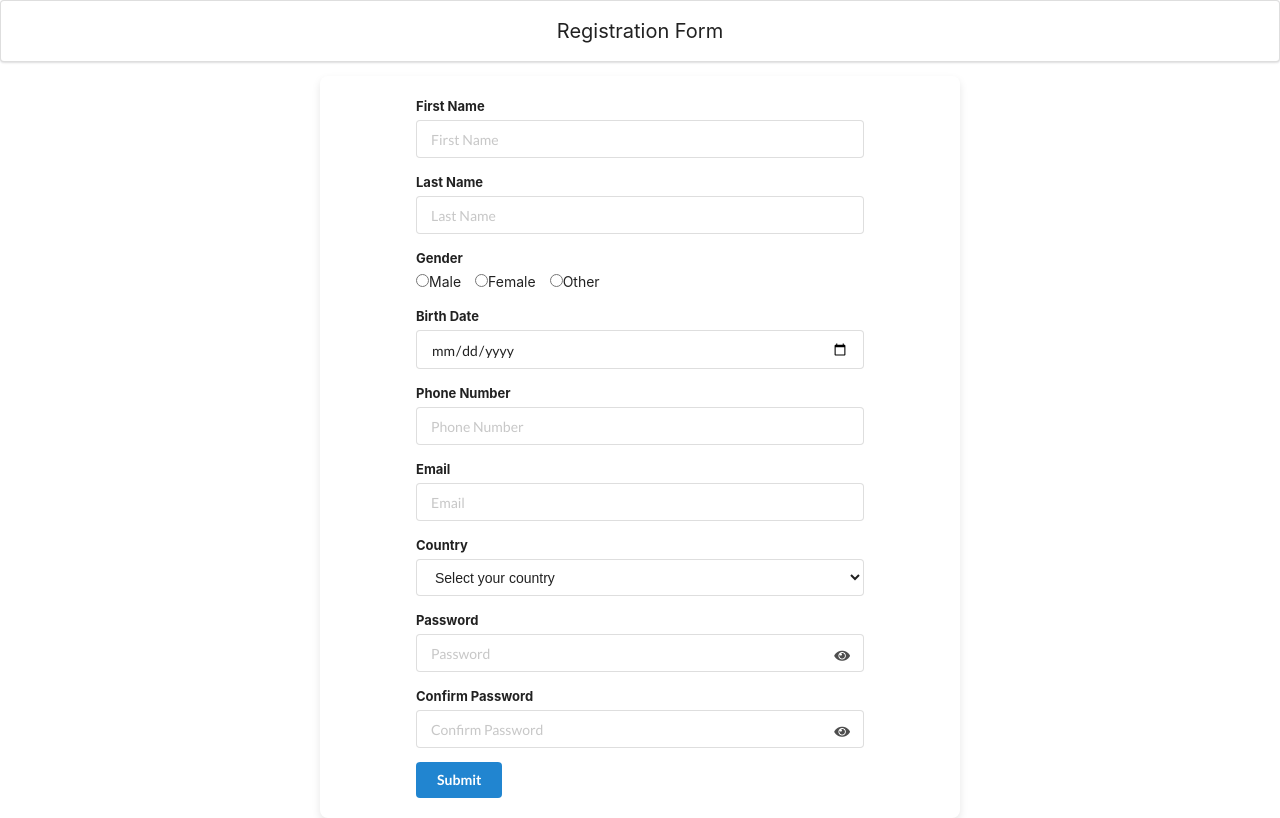
Repository: Wahid137/registration-form
Page: /
An editor plug-in stored every save of this project. The page is shown before and after the next save, followed by the edit.
The browser window is 1280 px wide. The pictures show the whole page.
The project was rebuilt for these pictures with package versions that can differ from the ones it lists, and the page was loaded fresh each time.

Above is the page before, as saved 2024-05-01 16:05:17.

### src/index.js
import React from 'react';
import ReactDOM from 'react-dom/client';
import 'semantic-ui-css/semantic.min.css';
import App from './App';
import './index.css';
import reportWebVitals from './reportWebVitals';

const root = ReactDOM.createRoot(document.getElementById('root'));
root.render(
  <React.StrictMode>
    <App />
  </React.StrictMode>
);

// If you want to start measuring performance in your app, pass a function
// to log results (for example: reportWebVitals(console.log))
// or send to an analytics endpoint. Learn more: https://bit.ly/CRA-vitals
reportWebVitals();

### src/App.js
import { Segment } from 'semantic-ui-react';
import './App.css';
import Register from './components/Register';

function App() {
  return (
    <div className="App">
      <Segment textAlign='center' size={"huge"}>Registration Form</Segment>
      <Register />
    </div>
  );
}

export default App;

### src/components/Register.js
import Joi from "joi";
import React, { useState } from "react";
import { useForm } from "react-hook-form";
import { Button, Container, Form, FormField, Icon } from "semantic-ui-react";
import { minBirthDate } from "../utils/Moment";
import { nameRegex, passwordRegex, phoneRegex } from "../utils/RegExp";
import { countryOptions } from "../utils/country";
import { getPasswordErrorMessage } from "../utils/getPasswordErrorMessage";

const Register = () => {
    const [showPassword, setShowPassword] = useState(false);
    const [showConfirmPassword, setShowConfirmPassword] = useState(false);
    const togglePasswordVisibility = () => setShowPassword(!showPassword);
    const toggleConfirmPasswordVisibility = () => setShowConfirmPassword(!showConfirmPassword);

    //useForm
    const { register, handleSubmit, reset, watch
    } = useForm();
    const password = watch("password", "");
    const [formErrors, setFormErrors] = useState({});

    //schema
    const schema = Joi.object({
        firstName: Joi.string().min(2).max(20).pattern(nameRegex).required().messages({
            "string.base": "First name must be a string",
            "string.empty": "Please enter your first name",
            "string.min": "First name must have at least {#limit} characters",
            "string.max": "First name cannot exceed {#limit} characters",
            "string.pattern.base": "First name must contain only alphabets and spaces",
            "any.required": "First name is required",
        }),
        lastName: Joi.string().min(2).max(20).pattern(nameRegex).required().messages({
            "string.base": "Last name must be a string",
            "string.empty": "Please enter your last name",
            "string.min": "Last name must have at least {#limit} characters",
            "string.max": "Last name cannot exceed {#limit} characters",
            "string.pattern.base": "Last name must contain only alphabets and spaces",
            "any.required": "Last name is required",
        }),
        gender: Joi.string().valid('male', 'female', 'other').required().messages({
            "any.required": "Gender is required",
            "any.only": "Please select a valid gender",
        }),
        birthDate: Joi.date()
            .max(minBirthDate)
            .required()
            .messages({
                "date.base": "Please enter a valid date",
                "date.max": "You must be at least 18 years old",
                "any.required": "Birth date is required",
            }),
        phoneNumber: Joi.string().pattern(phoneRegex).required().messages({
            "string.base": "Phone number must be a string",
            "string.empty": "Please enter your phone number",
            "string.pattern.base": "Phone number must be exactly 10 digits",
            "any.required": "Phone number is required",
        }),
        email: Joi.string().email({ tlds: { allow: false } }).required().messages({
            "string.base": "Email must be a string",
            "string.empty": "Please enter your email",
            "string.email": "Please enter a valid email address",
            "any.required": "Email is required",
        }),
        password: Joi.string().pattern(passwordRegex).required().messages({
            "string.base": "Password must be a string",
            "string.empty": "Please enter your password",
            "string.pattern.base": "Password must be 3 to 30 characters long and contain at least one lowercase letter, one uppercase letter, and one digit",
            "any.required": "Password is required",
        }),
        confirmPassword: Joi.string().valid(password).required().messages({
            "any.required": "Confirm password is required",
            "any.only": "Passwords do not match",
        }),
        country: Joi.string().required().messages({
            "any.required": "Please select a country",
            "string.empty": "Please select a country",
        }),
    });

    //submit handler
    const onSubmit = (data) => {
        const { error } = schema.validate(data, { abortEarly: false });
        if (error) {
            const errorMessage = {};
            error.details.forEach((detail) => {
                errorMessage[detail.path[0]] = detail.message;
            });
            if (data.password) {
                errorMessage.password = getPasswordErrorMessage(data.password);
            }
            setFormErrors(errorMessage);
            return;
        }
        console.log(data);
        reset();
        setFormErrors({});
        alert("Registration Successfully done!")
    };

    return (
        <Container
            style={{
                paddingTop: "20px",
                paddingBottom: "20px",
                display: "flex",
                width: "50%",
                justifyContent: "center",
                boxShadow: "0 4px 8px rgba(0,0,0,0.1)",
                borderRadius: "8px",
            }}
        >

            <Form style={{ width: "70%" }} onSubmit={handleSubmit(onSubmit)}>
                <div style={{ marginBottom: "1rem" }}>
                    <FormField error={formErrors.firstName !== undefined}>
                        <label>First Name</label>
                        <input
                            placeholder="First Name"
                            {...register("firstName")}
                            className={formErrors.firstName ? "error" : ""}
                        />
                        {formErrors.firstName && (
                            <div className="ui pointing red basic label">
                                {formErrors.firstName}
                            </div>
                        )}
                    </FormField>
                </div>
                <div style={{ marginBottom: "1rem" }}>
                    <FormField error={formErrors.lastName !== undefined}>
                        <label>Last Name</label>
                        <input
                            placeholder="Last Name"
                            {...register("lastName")}
                            className={formErrors.lastName ? "error" : ""}
                        />
                        {formErrors.lastName && (
                            <div className="ui pointing red basic label">
                                {formErrors.lastName}
                            </div>
                        )}
                    </FormField>
                </div>
                <div style={{ marginBottom: "1rem" }}>
                    <FormField>
                        <label>Gender</label>
                        <div style={{ display: "flex", flexDirection: "row" }}>
                            <div style={{ marginRight: "1rem" }}>
                                <input type="radio" id="male" {...register("gender")} value="male" />
                                <label htmlFor="male">Male</label>
                            </div>
                            <div style={{ marginRight: "1rem" }}>
                                <input type="radio" id="female" {...register("gender")} value="female" />
                                <label htmlFor="female">Female</label>
                            </div>
                            <div>
                                <input type="radio" id="other" {...register("gender")} value="other" />
                                <label htmlFor="other">Other</label>
                            </div>
                        </div>
                        {formErrors.gender && (
                            <div className="ui pointing red basic label">
                                {formErrors.gender}
                            </div>
                        )}
                    </FormField>
                </div>
                <div style={{ marginBottom: "1rem" }}>
                    <FormField error={formErrors.birthDate !== undefined}>
                        <label>Birth Date</label>
                        <input
                            type="date"
                            name="birthDate"
                            {...register("birthDate")}
                            className={formErrors.birthDate ? "error" : ""}
                        />
                        {formErrors.birthDate && (
                            <div className="ui pointing red basic label">
                                {formErrors.birthDate}
                            </div>
                        )}
                    </FormField>
                </div>
                <div style={{ marginBottom: "1rem" }}>
                    <FormField error={formErrors.phoneNumber !== undefined}>
                        <label>Phone Number</label>
                        <input
                            placeholder="Phone Number"
                            {...register("phoneNumber")}
                            className={formErrors.phoneNumber ? "error" : ""}
                        />
                        {formErrors.phoneNumber && (
                            <div className="ui pointing red basic label">
                                {formErrors.phoneNumber}
                            </div>
                        )}
                    </FormField>
                </div>
                <div style={{ marginBottom: "1rem" }}>
                    <FormField error={formErrors.email !== undefined}>
                        <label>Email</label>
                        <input
                            placeholder="Email"
                            {...register("email")}
                            className={formErrors.email ? "error" : ""}
                        />
                        {formErrors.email && (
                            <div className="ui pointing red basic label">
                                {formErrors.email}
                            </div>
                        )}
                    </FormField>
                </div>
                <div style={{ marginBottom: "1rem" }}>
                    <FormField error={formErrors.country !== undefined}>
                        <label>Country</label>
                        <select {...register("country")} className={formErrors.country ? "error" : ""}>
                            <option value="">Select your country</option>
                            {
                                countryOptions?.map((country) => <option key={country?.key} value={country?.value}>{country?.text}</option>)
                            }
                        </select>
                        {formErrors.country && (
                            <div className="ui pointing red basic label">
                                {formErrors.country}
                            </div>
                        )}
                    </FormField>
                </div>
                <div style={{ marginBottom: "1rem" }}>
                    <FormField error={formErrors.password !== undefined}>
                        <label>Password</label>
                        <div className="ui input">
                            <input
                                type={showPassword ? "text" : "password"}
                                placeholder="Password"
                                {...register("password")}
                                className={formErrors.password ? "error" : ""}
                            />
                            <Icon
                                name={showPassword ? "eye slash" : "eye"}
                                link
                                onClick={togglePasswordVisibility}
                                style={{ cursor: "pointer", position: "absolute", right: "10px", top: "50%", transform: "translateY(-50%)" }}
                            />
                        </div>
                        {formErrors.password && (
                            <div className="ui pointing red basic label">
                                {formErrors.password}
                            </div>
                        )}
                    </FormField>
                </div>
                <div style={{ marginBottom: "1rem" }}>
                    <FormField error={formErrors.confirmPassword !== undefined}>
                        <label>Confirm Password</label>
                        <div className="ui input">
                            <input
                                type={showConfirmPassword ? "text" : "password"}
                                placeholder="Confirm Password"
                                {...register("confirmPassword")}
                                className={formErrors.confirmPassword ? "error" : ""}
                            />
                            <Icon
                                name={showConfirmPassword ? "eye slash" : "eye"}
                                link
                                onClick={toggleConfirmPasswordVisibility}
                                style={{ cursor: "pointer", position: "absolute", right: "10px", top: "50%", transform: "translateY(-50%)" }}
                            />
                        </div>
                        {formErrors.confirmPassword && (
                            <div className="ui pointing red basic label">
                                {formErrors.confirmPassword}
                            </div>
                        )}
                    </FormField>
                </div>
                <Button type="submit" color="blue">
                    Submit
                </Button>
            </Form>
        </Container>
    );
};

export default Register;

### src/utils/Moment.js
import moment from "moment";

export const minBirthDate = moment().subtract(18, "years").format("YYYY-MM-DD");

### src/utils/RegExp.js
export const nameRegex = /^[A-Za-z\s]+$/;
export const phoneRegex = /^[0-9]{10}$/;
export const passwordRegex = /^(?=.*[a-z])(?=.*[A-Z])(?=.*\d)[a-zA-Z\d]{3,30}$/;

### src/utils/country.js
export const countryOptions = [
    { key: 'af', value: 'af', text: 'Afghanistan' },
    { key: 'ax', value: 'ax', text: 'Aland Islands' },
    { key: 'al', value: 'al', text: 'Albania' },
    { key: 'dz', value: 'dz', text: 'Algeria' },
    { key: 'as', value: 'as', text: 'American Samoa' },
    { key: 'ad', value: 'ad', text: 'Andorra' },
    { key: 'ao', value: 'ao', text: 'Angola' },
    { key: 'ai', value: 'ai', text: 'Anguilla' },
    { key: 'ag', value: 'ag', text: 'Antigua' },
    { key: 'ar', value: 'ar', text: 'Argentina' },
    { key: 'am', value: 'am', text: 'Armenia' },
    { key: 'aw', value: 'aw', text: 'Aruba' },
    { key: 'au', value: 'au', text: 'Australia' },
    { key: 'at', value: 'at', text: 'Austria' },
    { key: 'az', value: 'az', text: 'Azerbaijan' },
    { key: 'bs', value: 'bs', text: 'Bahamas' },
    { key: 'bh', value: 'bh', text: 'Bahrain' },
    { key: 'bd', value: 'bd', text: 'Bangladesh' },
    { key: 'bb', value: 'bb', text: 'Barbados' },
    { key: 'by', value: 'by', text: 'Belarus' },
    { key: 'be', value: 'be', text: 'Belgium' },
    { key: 'bz', value: 'bz', text: 'Belize' },
    { key: 'bj', value: 'bj', text: 'Benin' },
]

### src/utils/getPasswordErrorMessage.js

export const getPasswordErrorMessage = (value) => {
    if (value.length < 3 || value.length > 30) {
        return "Password must be 3 to 30 characters long";
    }
    if (!/[a-z]/.test(value)) {
        return "Password must contain at least one lowercase letter";
    }
    if (!/[A-Z]/.test(value)) {
        return "Password must contain at least one uppercase letter";
    }
    if (!/[0-9]/.test(value)) {
        return "Password must contain at least one digit";
    }
    return "";
};

### src/App.css
.form-body {
  padding-top: "20px";
  padding-bottom: "20px";
  display: "flex";
  width: "50%";
  justify-content: "center";
  box-shadow: "0 4px 8px rgba(0,0,0,0.1)";
  border-radius: "8px";
}

Loaded but not shown: public/index.html (common file); src/index.css (common file); src/reportWebVitals.js (common file)

After the next save:
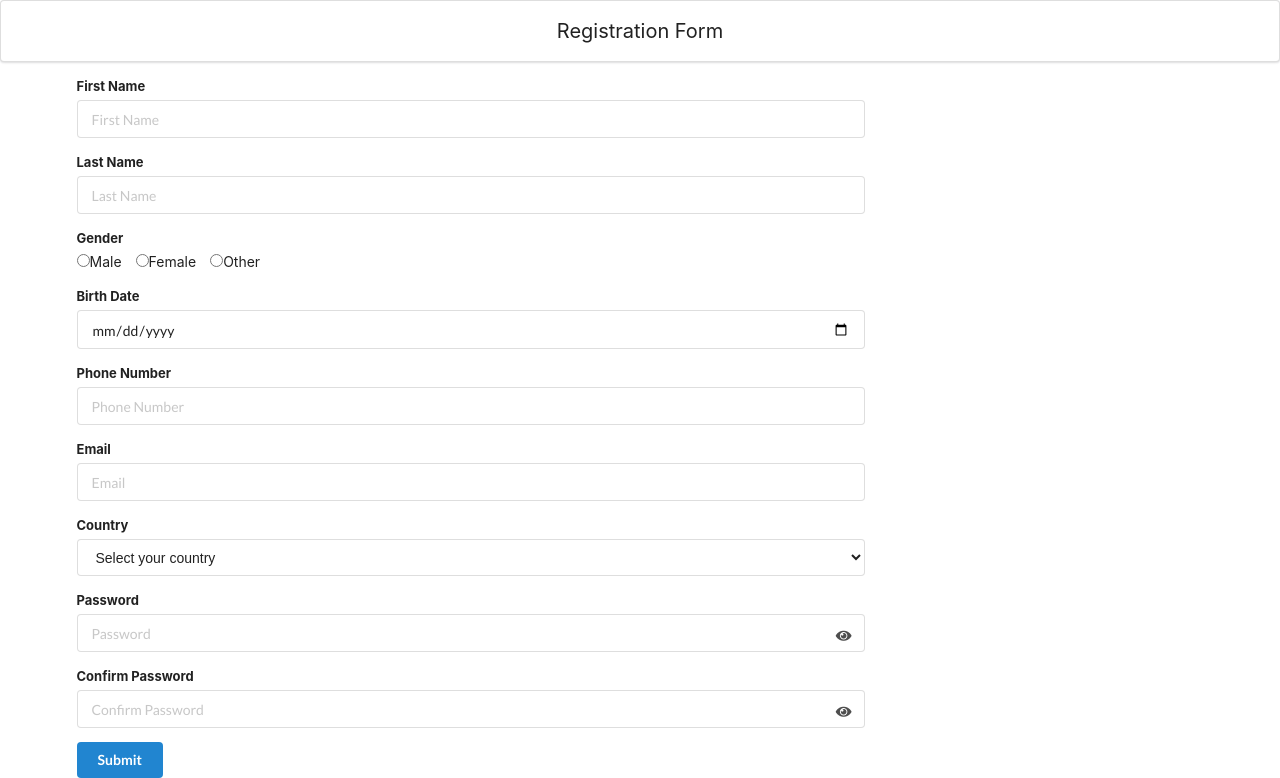
Saved 17 s later.
--- a/src/components/Register.js
+++ b/src/components/Register.js
@@ -98,17 +98,7 @@
     };
 
     return (
-        <Container
-            style={{
-                paddingTop: "20px",
-                paddingBottom: "20px",
-                display: "flex",
-                width: "50%",
-                justifyContent: "center",
-                boxShadow: "0 4px 8px rgba(0,0,0,0.1)",
-                borderRadius: "8px",
-            }}
-        >
+        <Container className="form-body">
 
             <Form style={{ width: "70%" }} onSubmit={handleSubmit(onSubmit)}>
                 <div style={{ marginBottom: "1rem" }}>

After the save that followed:
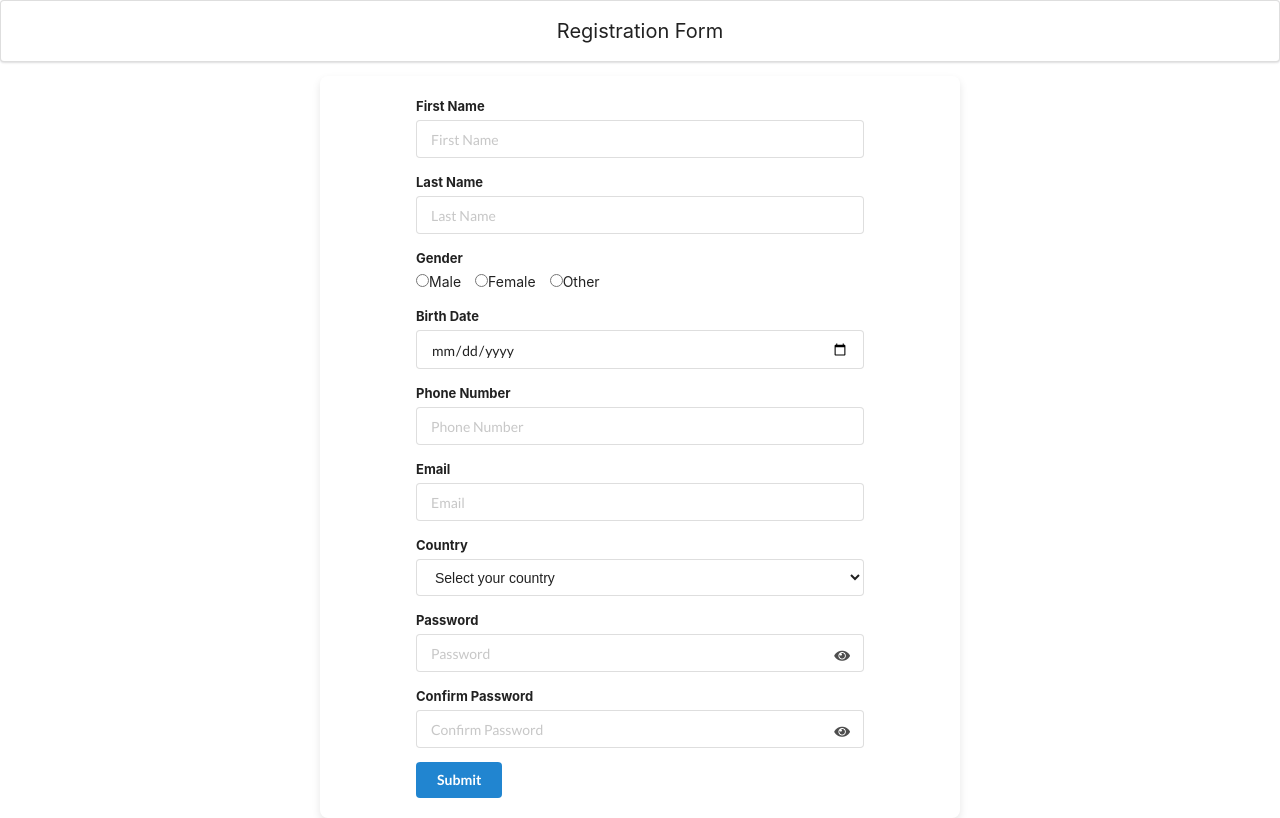
Saved 16 s later.
--- a/src/components/Register.js
+++ b/src/components/Register.js
@@ -98,7 +98,17 @@
     };
 
     return (
-        <Container className="form-body">
+        <Container
+            style={{
+                paddingTop: "20px",
+                paddingBottom: "20px",
+                display: "flex",
+                width: "50%",
+                justifyContent: "center",
+                boxShadow: "0 4px 8px rgba(0,0,0,0.1)",
+                borderRadius: "8px",
+            }}
+        >
 
             <Form style={{ width: "70%" }} onSubmit={handleSubmit(onSubmit)}>
                 <div style={{ marginBottom: "1rem" }}>
